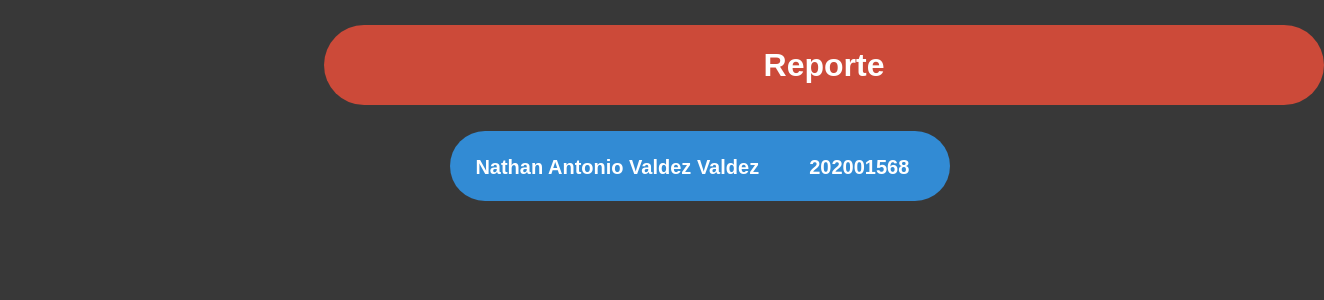
Repository: nathanvdev/LFP_PR_202001568
Page: plantilla.html
These files come from the project's save history. The page is drawn as it stood at one moment and after a run of saves; the edit follows.
The browser window is 1280 px wide. The page is 1324 px wide, so the pictures cover 1324 px, including what lies to the right of the window. The pictures show the whole page.

Above is the page before, as saved 2022-02-19 18:55:08.

After the next 2 saves:
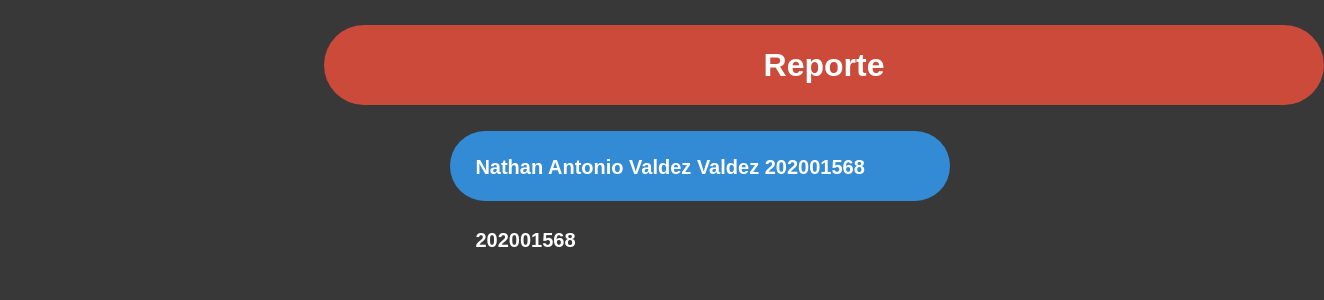
The 2 saves are shown as one change because they came seconds apart.
The last was saved 13 s later.
--- a/plantilla.html
+++ b/plantilla.html
@@ -40,7 +40,7 @@
     <div class="PersonalInfo">
         <h3 style="color: white;
         margin: 5%; float: left; font-size: 20px;">
-            Nathan Antonio Valdez Valdez
+            Nathan Antonio Valdez Valdez       202001568
         </h3>
         <h3 style="color: white;
         margin: 5%; float: left; font-size: 20px;">
